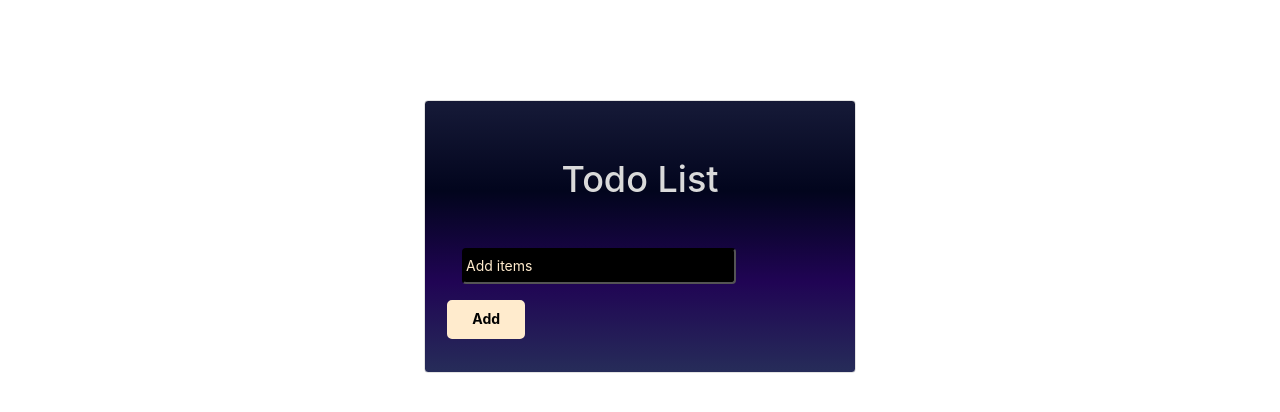
Repository: arpana23/Todo-list
Page: /
The author's editor kept a copy of each file at every save. The page is drawn from the files as they stood at one save, then again after the next save.
The browser window is 1280 px wide. The pictures show the whole page.
Some web libraries are served in a nearby version. The project was rebuilt for these pictures with package versions that can differ from the ones it lists, and the page was loaded fresh each time. Also part of the build but not shown: src/Todolist.js.

Above is the page before, as saved 2021-04-15 18:07:25.

After the next save:
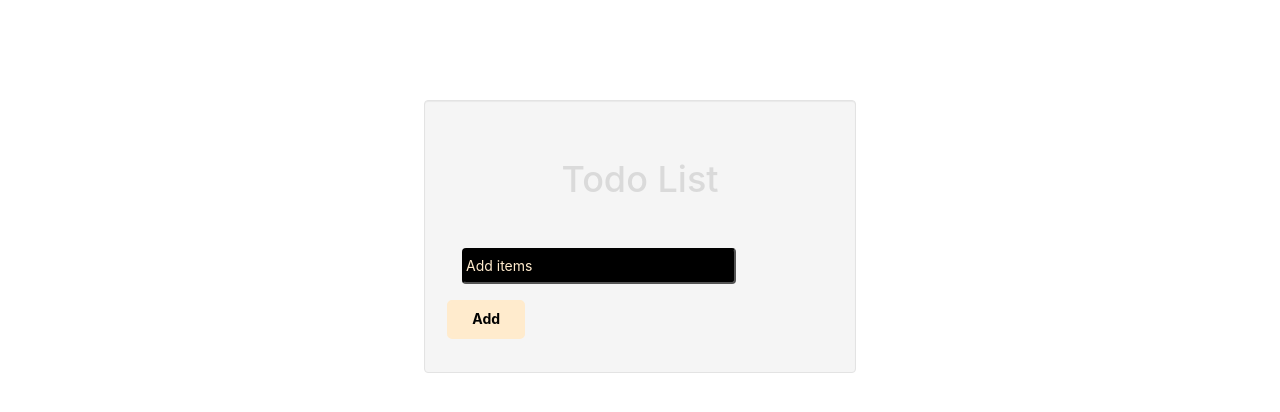
Saved 27 s later.
--- a/src/App.css
+++ b/src/App.css
@@ -16,7 +16,7 @@
 }
 
 .well {
-  background-image: linear-gradient(rgb(22, 26, 56),rgb(2, 5, 29),rgb(32, 4, 84),rgb(38, 44, 89));
+  background-color: linear-gradient(rgb(22, 26, 56),rgb(2, 5, 29),rgb(32, 4, 84),rgb(38, 44, 89));
   width: 40%;
 }
 

After the save that followed:
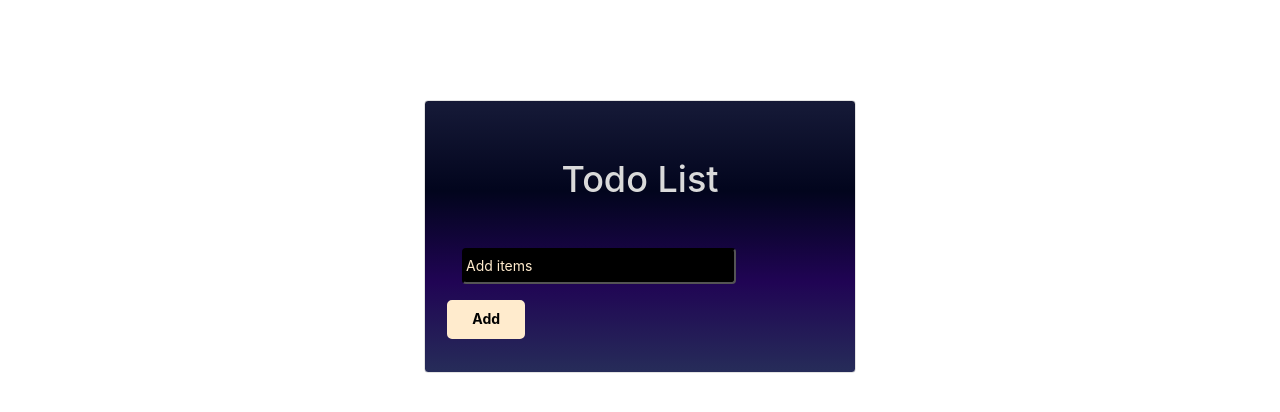
Saved 8 s later.
--- a/src/App.css
+++ b/src/App.css
@@ -16,7 +16,7 @@
 }
 
 .well {
-  background-color: linear-gradient(rgb(22, 26, 56),rgb(2, 5, 29),rgb(32, 4, 84),rgb(38, 44, 89));
+  background-image: linear-gradient(rgb(22, 26, 56),rgb(2, 5, 29),rgb(32, 4, 84),rgb(38, 44, 89));
   width: 40%;
 }
 
